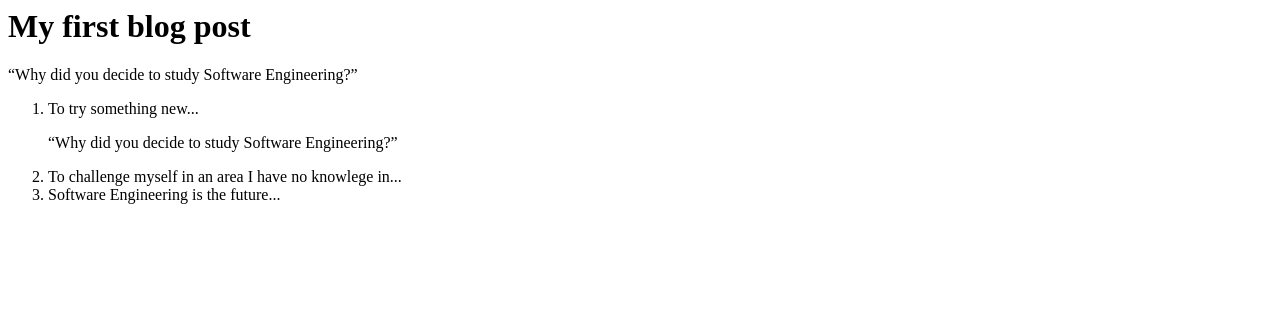
Repository: alicjasapieja/example-repository
Page: My-First-Blog-Post/blog_post.html
The author's editor kept a copy of each file at every save. The page is drawn from the files as they stood at one save, then again after the next save.
The browser window is 1280 px wide. The pictures show the whole page.

Above is the page before, as saved 2022-05-11 12:58:27.

### My-First-Blog-Post/blog_post.html
<html lang="en">
<title>Alicja Sapieja's First Blog Post</title>
<h1>My first blog post</h1>
<p>“Why did you decide to study Software Engineering?”</p>
<ol>
    <li>To try something new...</li>
    <p>“Why did you decide to study Software Engineering?”</p>
    <li>To challenge myself in an area I have no knowlege in...</li>
    <li>Software Engineering is the future...</li>
    </ol>

After the next save:
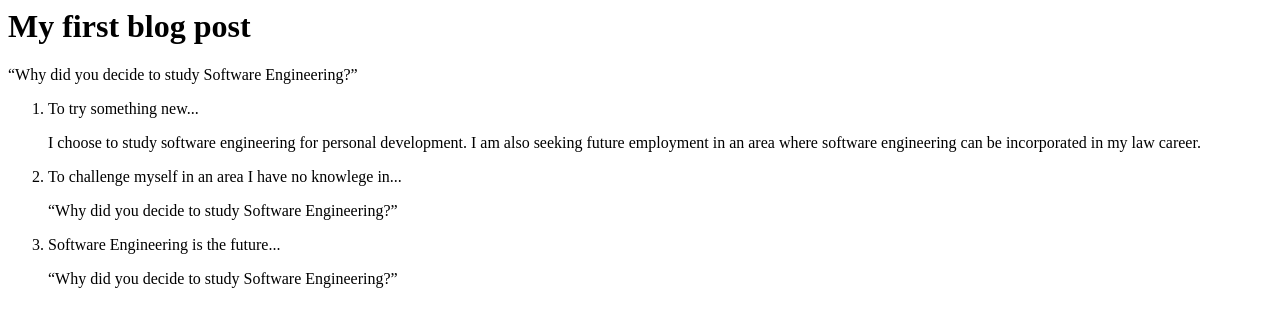
Saved 3 min 28 s later.
--- a/My-First-Blog-Post/blog_post.html
+++ b/My-First-Blog-Post/blog_post.html
@@ -4,7 +4,11 @@
 <p>“Why did you decide to study Software Engineering?”</p>
 <ol>
     <li>To try something new...</li>
+    <p>I choose to study software engineering for personal development. I am also seeking future employment in an area where software engineering can be incorporated in my law career.</p>
+
+    <li>To challenge myself in an area I have no knowlege in...</li>
     <p>“Why did you decide to study Software Engineering?”</p>
-    <li>To challenge myself in an area I have no knowlege in...</li>
+
     <li>Software Engineering is the future...</li>
+    <p>“Why did you decide to study Software Engineering?”</p>
     </ol>
